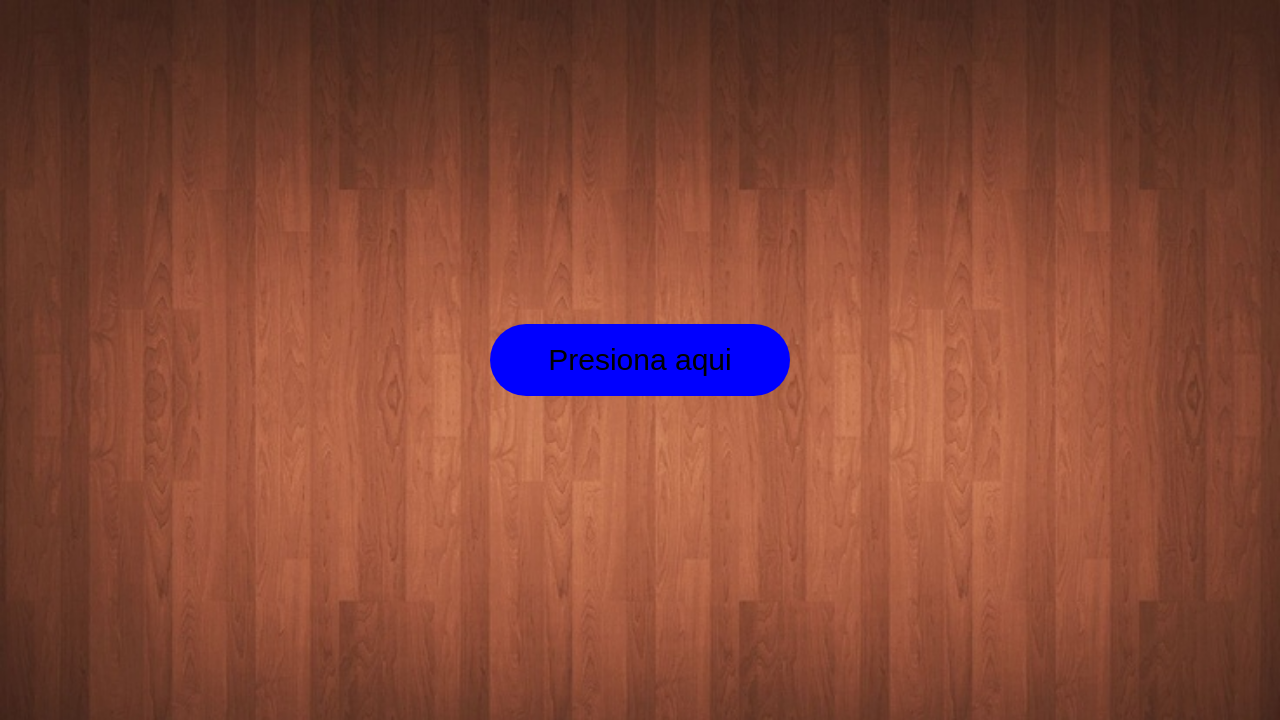
Repository: ye909/secreto
Page: inicio.html
The author's editor kept a copy of each file at every save. The page is drawn from the files as they stood at one save, then again after the next save.
The browser window is 1280 px wide. The pictures show the whole page.

Above is the page before, as saved 2025-02-20 22:20:20.

### inicio.html
<!DOCTYPE html>
<html>
<head>
<title>Amigo Secreto 3D</title>
<link rel="stylesheet" href="inicio.css">
</head>
<body>

          <div class="container">
            <h1 id="message">¡Bienvenido al Juego del Amigo Secreto!</h1>
        </div>
    <button id="btn"><a href="">Presiona aqui</a></button>

  <script src="inicio.js"></script>
</body>
</html>

### inicio.css
body, html {
    height: 100%;
    margin: 0;
    display: flex;
    justify-content: center;
    align-items: center;
    background-image:url(./imagenes/fondocard.jpg);
    background-repeat: no-repeat;
    background-attachment: fixed;
    background-size: cover;
    background-size:100%;

}

.container {
    text-align: center;
}

#message {
    font-size: 2em;
    color: #333;
    opacity: 0;
    transform: translateY(-20px);
    animation: fadeIn 1s ease-out forwards;
}

@keyframes fadeIn {
    to {
        opacity: 1;
        transform: translateY(0);
    }
}
a{
    text-decoration: none;
    list-style: none;
    color:black;
}
#btn{
    display: none;
    width: 300px;
    height: 10vh;
    background: rgb(97, 97, 205);
    border-radius: 60px;
    font-size: 30px;
    border:none;
    background: blue;
}
#btn:hover{
    background: transparent;
    box-shadow: rgb(2, 2, 170) 4px 3px 4px 3px ,rgb(2, 2, 170) 4px 3px 4px 3px ,rgb(2, 2, 170) 4px 3px 4px 3px ;

}

### inicio.js
// script.js
document.addEventListener('DOMContentLoaded', function() {
    setTimeout(function() {
        document.getElementById('message').style.display = 'none';

    }, 3000);

    setTimeout(function() {
        document.getElementById('message').style.display = 'none';
        document.getElementById('btn').style.display = 'inline';
    }, 3400);
});

After the next save:
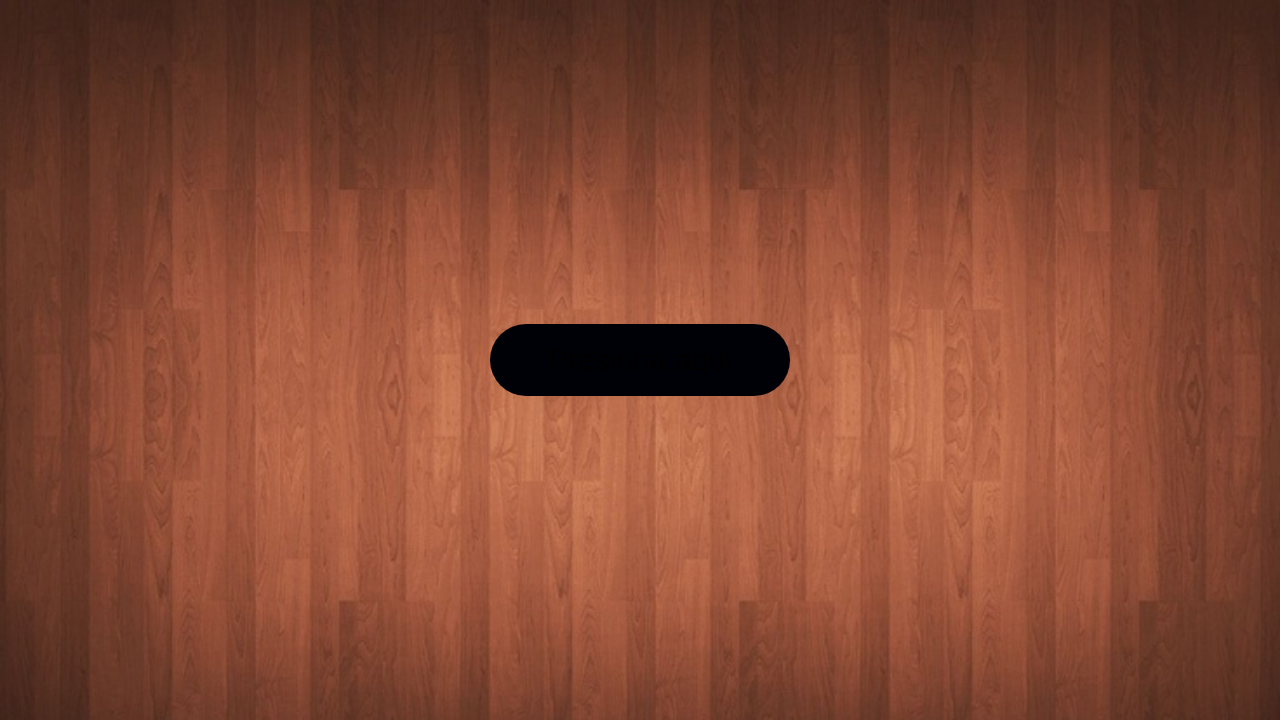
Saved 30 s later.
--- a/inicio.css
+++ b/inicio.css
@@ -43,7 +43,7 @@ a{
     border-radius: 60px;
     font-size: 30px;
     border:none;
-    background: blue;
+    background: rgb(0, 0, 7);
 }
 #btn:hover{
     background: transparent;
